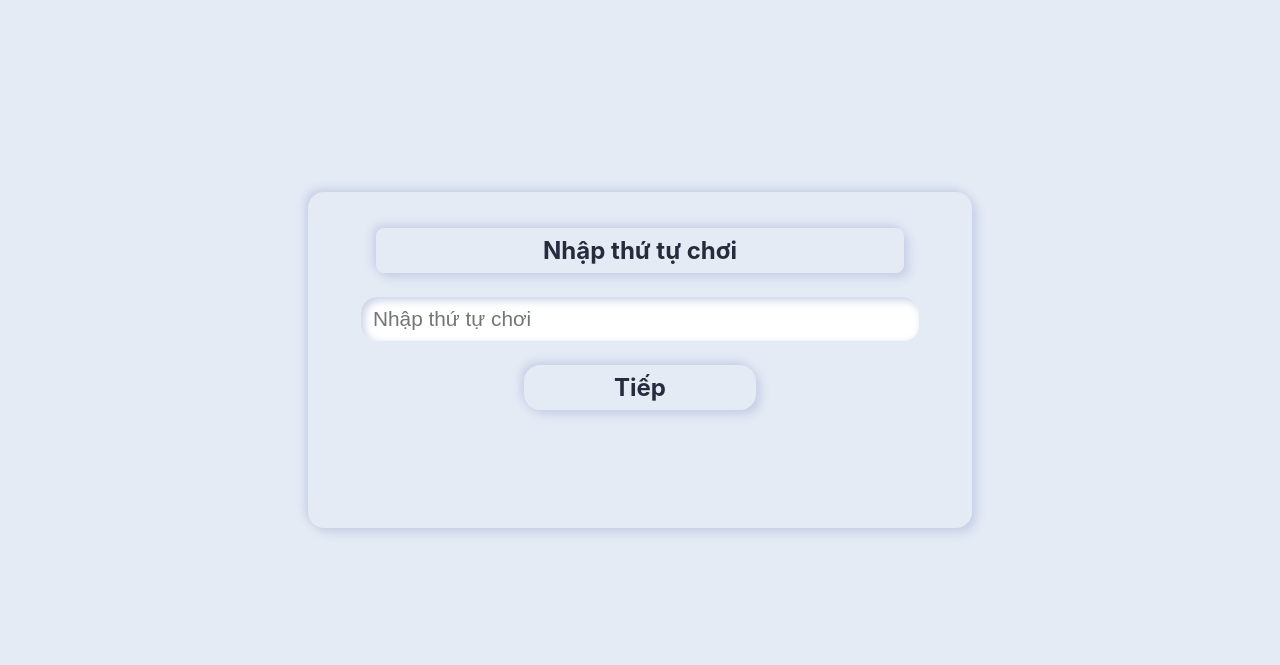
Repository: tinh2044/quzzi_game
Page: /
These files come from the project's save history. The page is drawn as it stood at one moment and after the next save; the edit follows.
The browser window is 1280 px wide. The pictures show the whole page.
The project was rebuilt for these pictures with package versions that can differ from the ones it lists, and the page was loaded fresh each time. Also part of the build but not shown: src/components/Notification.jsx, src/components/AnswerItem.jsx, src/components/Question.jsx.

Above is the page before, as saved 2022-12-14 23:17:45.

After the next save:
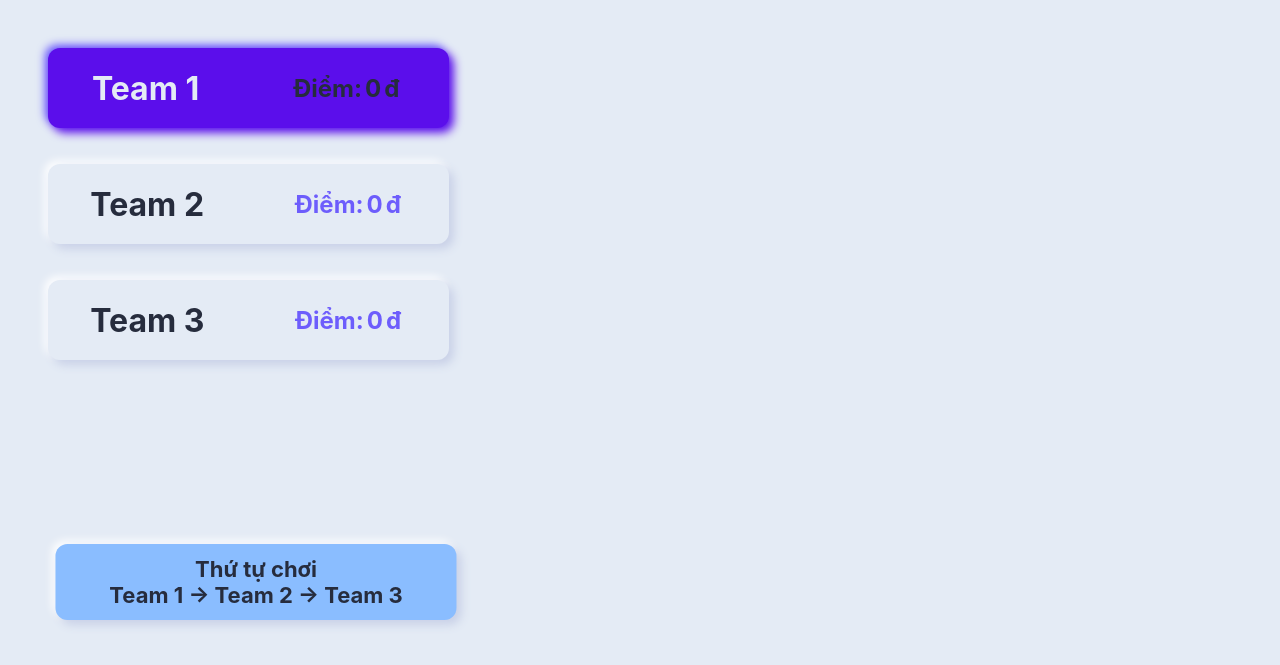
Saved 25 s later.
--- a/src/components/Home.jsx
+++ b/src/components/Home.jsx
@@ -15,7 +15,7 @@ function Home() {
   const [activeTeam, setActiveTeam] = useState(1);
   const [crrQuestion, setCrrQuestion] = useState(listQuestion[0])
   const [correct, setCorrect] = useState(2)
-  const [showTeam, setShowTeam] = useState(false)
+  const [showTeam, setShowTeam] = useState(true)
   const [showWeel, setShowWeel] = useState(true)
   const handleNextQuestion = (e) => {
 
